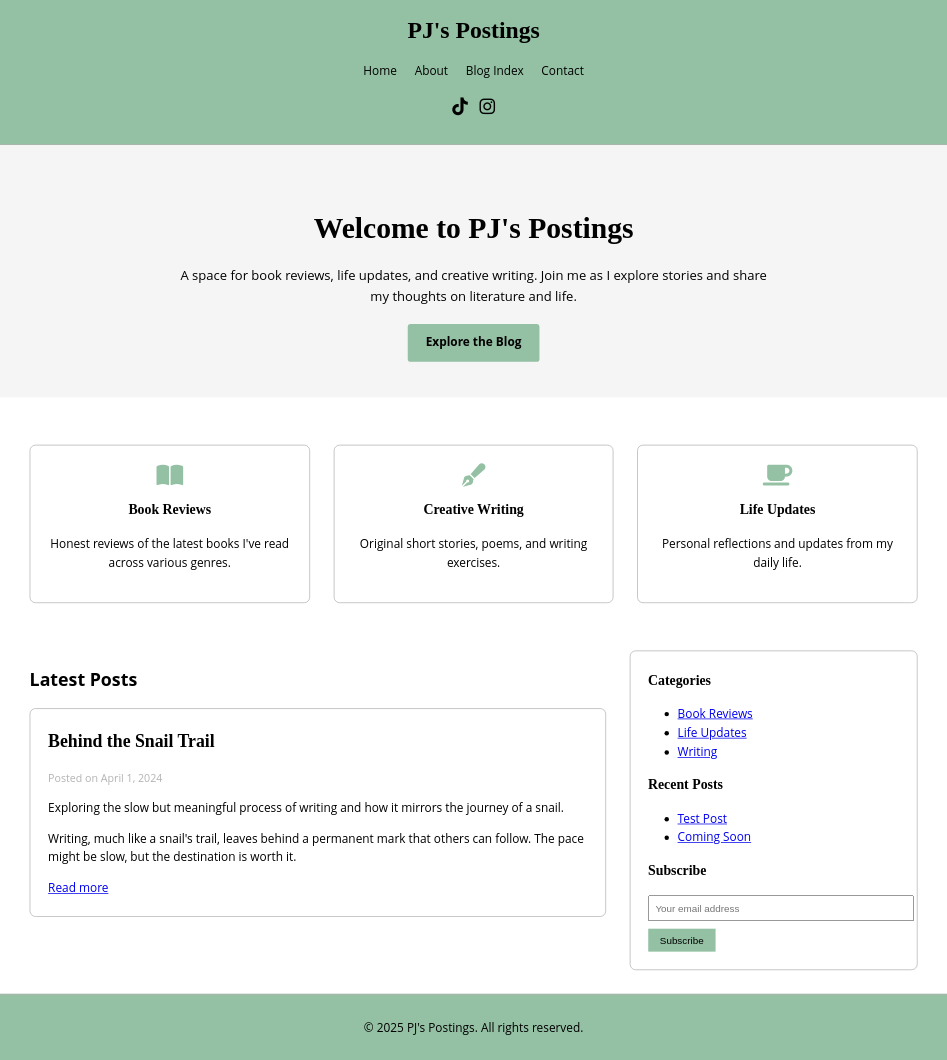
Repository: pjpatrick071/pjpatrick071.github.io
Page: index.html
These files come from the project's save history. The page is drawn as it stood at one moment and after the next save; the edit follows.
The browser window is 1280 px wide. The pictures show the whole page, at 74% of full size.
Some web fonts or font styles are not loaded; a fallback is used.

Above is the page before, as saved 2025-04-02 23:09:09.

### index.html
<!DOCTYPE html>
<html lang="en">
<head>
    <meta charset="UTF-8">
    <meta name="viewport" content="width=device-width, initial-scale=1.0">
    <title>PJ's Postings</title>

    <!-- Fonts -->
    <link href="https://fonts-api.wp.com/css?family=Playfair+Display:400,400i,700,700i|Open+Sans:400,400i,700,700i&subset=latin,latin-ext" rel="stylesheet">

    <!-- Font Awesome (for icons) -->
    <link href="https://cdnjs.cloudflare.com/ajax/libs/font-awesome/6.4.0/css/all.min.css" rel="stylesheet">

    <!-- Main Styles -->
    <style>
        :root {
            --soft-green: #94c0a4;
            --silver: #b3b3b3;
            --black: #000000;
            --white: #ffffff;
        }

        body {
            font-family: 'Open Sans', sans-serif;
            line-height: 1.6;
            margin: 0;
            padding: 0;
            background-color: var(--white);
            color: var(--black);
        }

        /* Header Styles */
        header {
            background-color: var(--soft-green);
            padding: 1rem 0;
            text-align: center;
            border-bottom: 1px solid var(--silver);
        }

        .logo {
            font-size: 2rem;
            font-weight: bold;
            margin: 0;
            color: var(--black);
            font-family: 'Playfair Display', serif;
        }

        /* Navigation */
        nav ul {
            padding: 0;
            list-style: none;
            display: flex;
            justify-content: center;
            gap: 1.5rem;
            margin: 1rem 0;
        }

        nav a {
            text-decoration: none;
            color: var(--black);
            font-weight: 500;
            transition: color 0.3s;
        }

        nav a:hover {
            color: var(--silver);
        }

        /* Hero Section */
        .hero {
            background-color: #f5f5f5;
            padding: 3rem 1rem;
            text-align: center;
            margin-bottom: 2rem;
        }

        .hero h2 {
            font-family: 'Playfair Display', serif;
            font-size: 2.5rem;
            margin-bottom: 1rem;
        }

        .hero p {
            max-width: 800px;
            margin: 0 auto 1.5rem;
            font-size: 1.1rem;
        }

        .cta-button {
            display: inline-block;
            background-color: var(--soft-green);
            color: var(--black);
            padding: 0.8rem 1.5rem;
            border-radius: 4px;
            text-decoration: none;
            font-weight: bold;
            transition: background-color 0.3s;
        }

        .cta-button:hover {
            background-color: #82ad90;
        }

        /* Features Section */
        .features {
            display: flex;
            justify-content: space-around;
            flex-wrap: wrap;
            gap: 2rem;
            padding: 2rem;
            max-width: 1200px;
            margin: 0 auto;
        }

        .feature-card {
            flex: 1;
            min-width: 250px;
            background-color: var(--white);
            border: 1px solid var(--silver);
            border-radius: 8px;
            padding: 1.5rem;
            text-align: center;
        }

        .feature-card i {
            font-size: 2rem;
            color: var(--soft-green);
            margin-bottom: 1rem;
        }

        .feature-card h3 {
            font-family: 'Playfair Display', serif;
            margin-top: 0;
        }

        /* Main Content */
        .container {
            max-width: 1200px;
            margin: 2rem auto;
            padding: 0 1rem;
            display: grid;
            grid-template-columns: 2fr 1fr;
            gap: 2rem;
        }

        /* Blog Posts */
        .blog-post {
            background-color: var(--white);
            border: 1px solid var(--silver);
            border-radius: 8px;
            padding: 1.5rem;
            margin-bottom: 2rem;
        }

        .post-title {
            color: var(--black);
            margin-top: 0;
            font-family: 'Playfair Display', serif;
        }

        .post-meta {
            color: var(--silver);
            font-size: 0.9rem;
            margin-bottom: 1rem;
        }

        /* Sidebar */
        .sidebar {
            background-color: var(--white);
            border: 1px solid var(--silver);
            border-radius: 8px;
            padding: 1.5rem;
        }

        .sidebar-title {
            margin-top: 0;
            color: var(--black);
            font-family: 'Playfair Display', serif;
        }

        /* Footer */
        footer {
            background-color: var(--soft-green);
            text-align: center;
            padding: 1rem 0;
            border-top: 1px solid var(--silver);
            margin-top: 2rem;
        }

        /* Social Icons */
        .social-links {
            display: flex;
            justify-content: center;
            gap: 1rem;
            margin: 1rem 0;
        }

        .social-links a {
            color: var(--black);
            font-size: 1.5rem;
            transition: transform 0.3s;
        }

        .social-links a:hover {
            transform: scale(1.2);
        }

        /* Responsive Design */
        @media (max-width: 768px) {
            .container {
                grid-template-columns: 1fr;
            }

            .features {
                flex-direction: column;
            }
        }
    </style>
</head>
<body>
    <!-- Header -->
    <header>
        <h1 class="logo">PJ's Postings</h1>
        <nav>
            <ul>
                <li><a href="index.html">Home</a></li>
                <li><a href="about.html">About</a></li>
                <li><a href="blog.html"> Blog Index</a></li>
                <li><a href="#">Contact</a></li>
            </ul>
        </nav>

        <!-- Social Links -->
        <div class="social-links">
            <a href="https://www.tiktok.com/@p.j.patrick" target="_blank" rel="noopener noreferrer"><i class="fab fa-tiktok"></i></a>
            <a href="#" target="_blank" rel="noopener noreferrer"><i class="fab fa-instagram"></i></a>
        </div>
    </header>

    <!-- Hero Section -->
    <section class="hero">
        <h2>Welcome to PJ's Postings</h2>
        <p>A space for book reviews, life updates, and creative writing. Join me as I explore stories and share my thoughts on literature and life.</p>
        <a href="blog.html" class="cta-button">Explore the Blog</a>
    </section>

    <!-- Features Section -->
    <section class="features">
        <div class="feature-card">
            <i class="fas fa-book-open"></i>
            <h3>Book Reviews</h3>
            <p>Honest reviews of the latest books I've read across various genres.</p>
        </div>
        <div class="feature-card">
            <i class="fas fa-pen-fancy"></i>
            <h3>Creative Writing</h3>
            <p>Original short stories, poems, and writing exercises.</p>
        </div>
        <div class="feature-card">
            <i class="fas fa-coffee"></i>
            <h3>Life Updates</h3>
            <p>Personal reflections and updates from my daily life.</p>
        </div>
    </section>

    <!-- Main Content -->
    <div class="container">
        <!-- Blog Posts Section -->
        <main>
            <h2>Latest Posts</h2>

            <article class="blog-post">
                <h2 class="post-title">Behind the Snail Trail</h2>
                <p class="post-meta">Posted on April 1, 2024</p>
                <div class="entry-content">
                    <p>Exploring the slow but meaningful process of writing and how it mirrors the journey of a snail.</p>
                    <p>Writing, much like a snail's trail, leaves behind a permanent mark that others can follow. The pace might be slow, but the destination is worth it.</p>
                    <a href="blog.html#snail-trail">Read more</a>
                </div>
            </article>
            <!-- Additional posts can be added by duplicating the article element -->
        </main>

        <!-- Sidebar -->
        <aside class="sidebar">
            <h3 class="sidebar-title">Categories</h3>
            <ul>
                <li><a href="blog.html#book-reviews">Book Reviews</a></li>
                <li><a href="blog.html#life-updates">Life Updates</a></li>
                <li><a href="blog.html#writing">Writing</a></li>
            </ul>

            <h3 class="sidebar-title">Recent Posts</h3>
            <ul>
                <li><a href="blog.html#test-post">Test Post</a></li>
                <li><a href="blog.html#coming-soon">Coming Soon</a></li>
            </ul>

            <!-- Email Subscription Form -->
            <h3 class="sidebar-title">Subscribe</h3>
            <form action="#" method="post">
                <input type="email" name="email" placeholder="Your email address" style="width: 100%; padding: 8px; margin-bottom: 10px;">
                <button type="submit" style="background: var(--soft-green); border: none; padding: 8px 16px; cursor: pointer;">Subscribe</button>
            </form>
        </aside>
    </div>

    <!-- Footer -->
    <footer>
        <p>&copy; <script>document.write(new Date().getFullYear());</script> PJ's Postings. All rights reserved.</p>
    </footer>

    <!-- JavaScript for dynamic elements -->
    <script>
        // Simple script to handle mobile menu toggle
        document.addEventListener('DOMContentLoaded', function() {
            // You can add interactive functionality here
            console.log('Blog loaded successfully!');
        });
    </script>
</body>
</html>

After the next save:
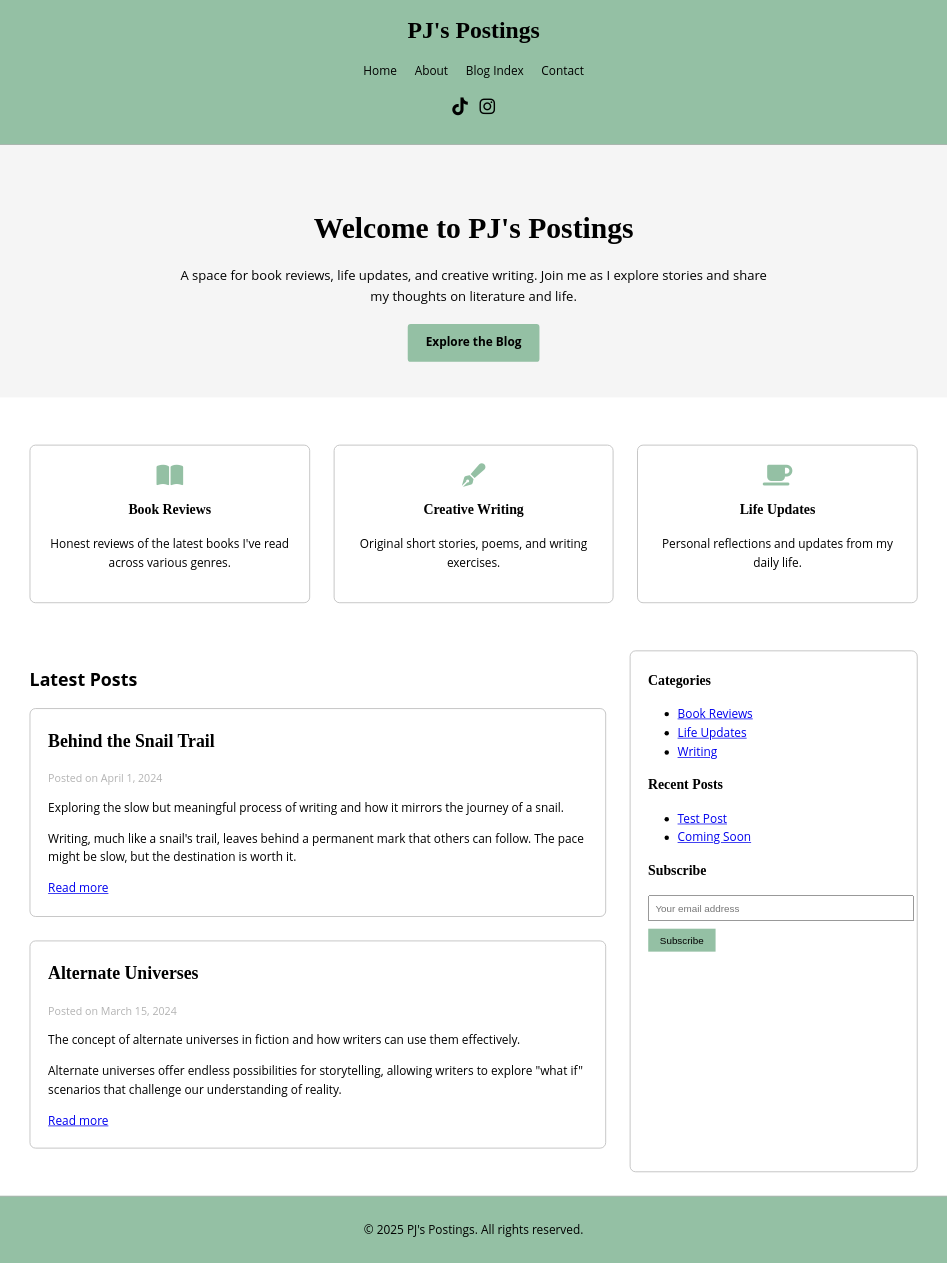
Saved 7 s later.
--- a/index.html
+++ b/index.html
@@ -278,6 +278,15 @@
                     <a href="blog.html#snail-trail">Read more</a>
                 </div>
             </article>
+            <article class="blog-post">
+                <h2 class="post-title">Alternate Universes</h2>
+                <p class="post-meta">Posted on March 15, 2024</p>
+                <div class="entry-content">
+                    <p>The concept of alternate universes in fiction and how writers can use them effectively.</p>
+                    <p>Alternate universes offer endless possibilities for storytelling, allowing writers to explore "what if" scenarios that challenge our understanding of reality.</p>
+                    <a href="blog.html#alternate-universes">Read more</a>
+                </div>
+            </article>
             <!-- Additional posts can be added by duplicating the article element -->
         </main>
 
